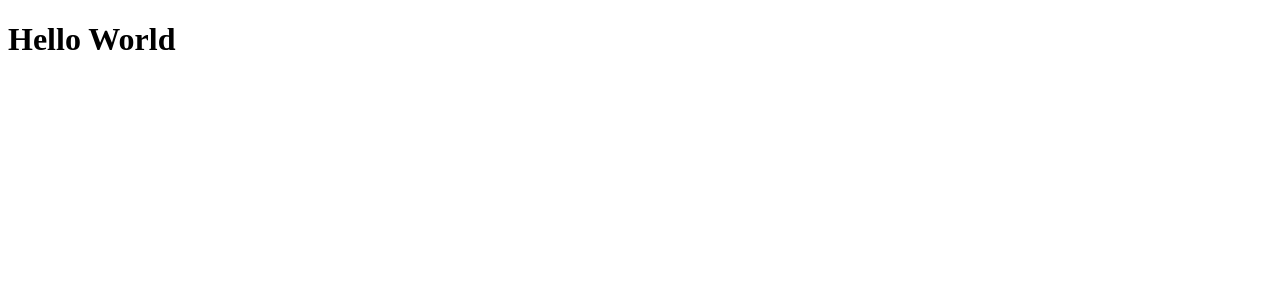
Repository: roneetkumar/java-enterprise
Page: http://localhost/Students/
An editor plug-in stored every save of this project. The page is shown before and after the next save, followed by the edit.
The browser window is 1280 px wide. The pictures show the whole page.
The page is served by Tomcat 9. Other server files are loaded and not shown.

Above is the page before, as saved 2020-02-25 18:59:06.

### Students/WebContent/index.jsp
<%@ page language="java" contentType="text/html; charset=ISO-8859-1"
    pageEncoding="ISO-8859-1"%>
<!DOCTYPE html>
<html>
<head>
<meta charset="ISO-8859-1">
<title>Insert title here</title>
</head>
<body>
	<h1>Hello World</h1>
</body>
</html>

After the next save:
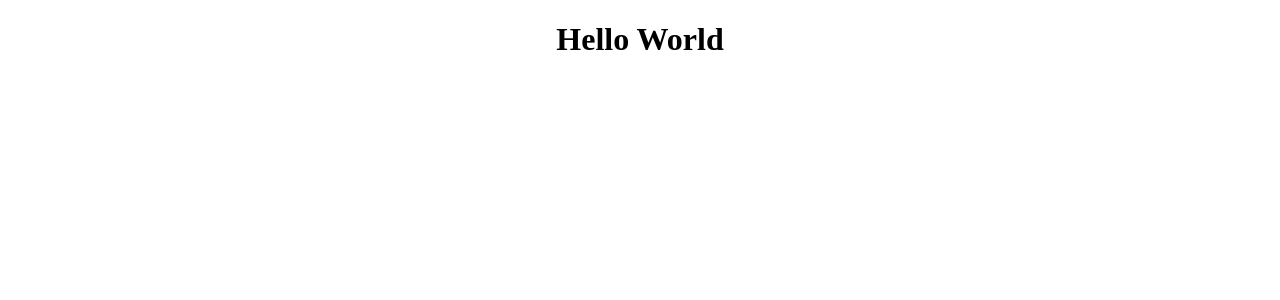
Saved 12 s later.
--- a/Students/WebContent/index.jsp
+++ b/Students/WebContent/index.jsp
@@ -7,6 +7,6 @@
 <title>Insert title here</title>
 </head>
 <body>
-	<h1>Hello World</h1>
+	<h1 align="center">Hello World</h1>
 </body>
 </html>
